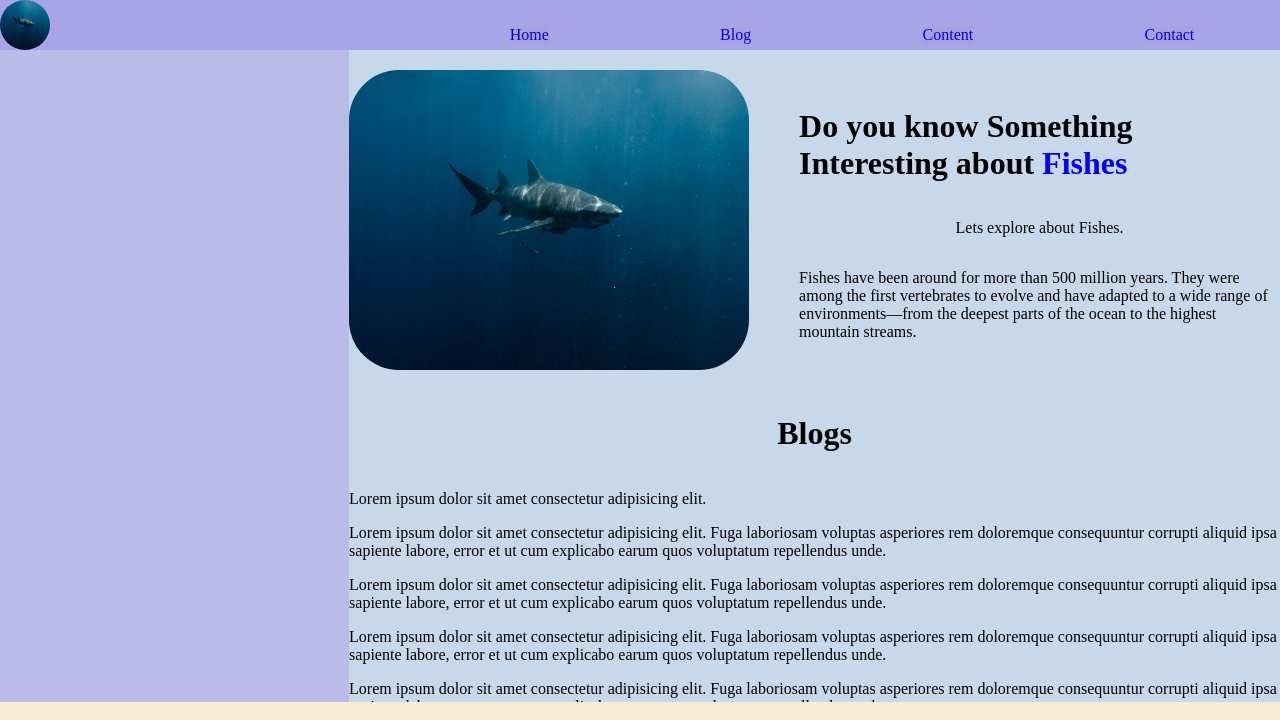
Repository: purnimapatel/fish-world
Page: index.html
The author's editor kept a copy of each file at every save. The page is drawn from the files as they stood at one save, then again after the next save.
The browser window is 1280 px wide. The pictures show the whole page.
An inner scrolling area shows only its first screen.

Above is the page before, as saved 2024-08-25 16:03:36.

After the next save:
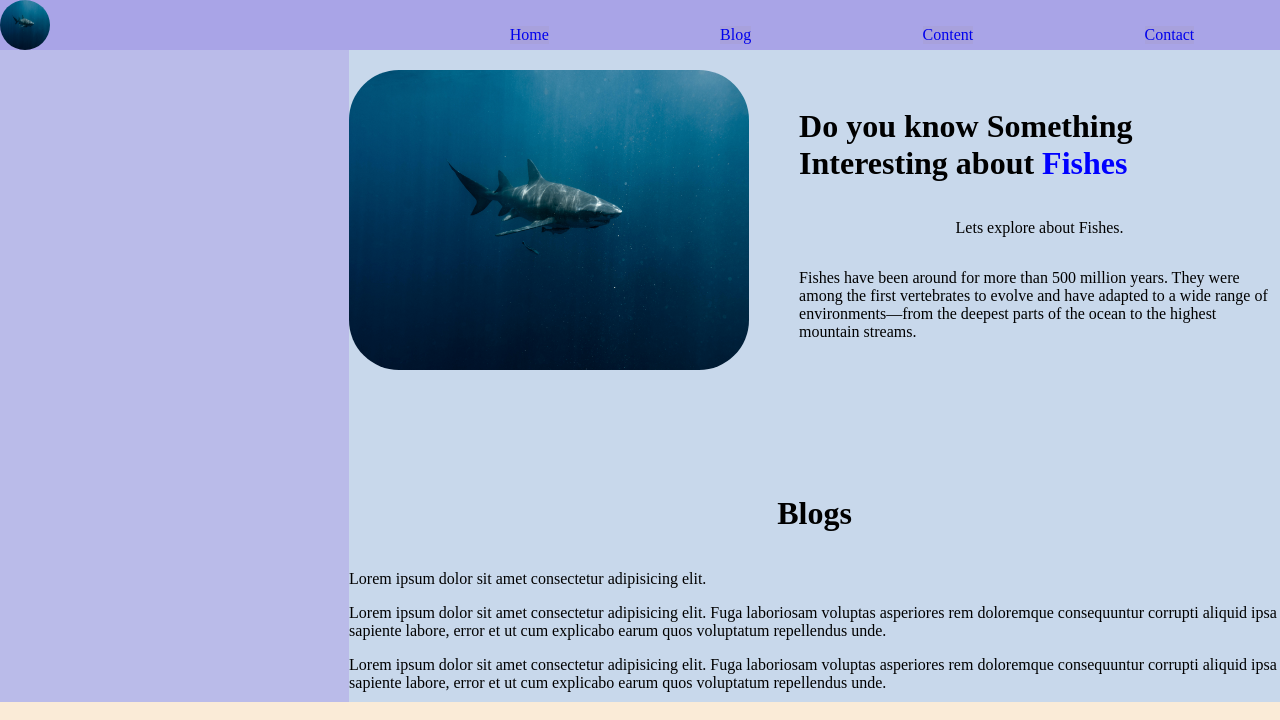
Saved 18 s later.
--- a/style.css
+++ b/style.css
@@ -125,5 +125,5 @@ span{
     border-radius: 50px;
 }
 .section{
-    margin-bottom: 20px;
+    margin-bottom: 100px;
 }
